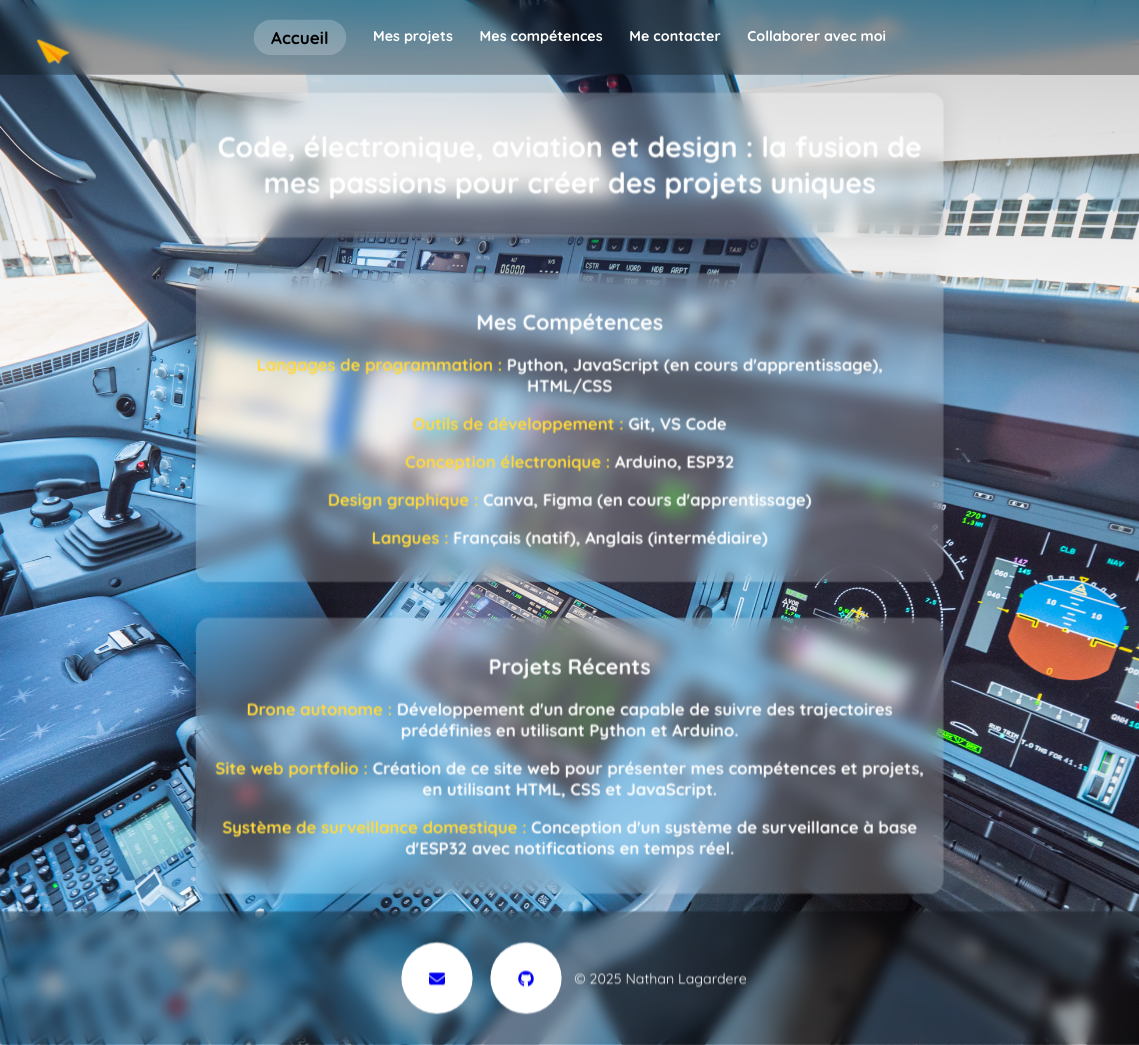
Repository: nlagardere/myportfolio
Page: index - Copie.html
An editor plug-in stored every save of this project. The page is shown before and after the next save, followed by the edit.
The browser window is 1280 px wide. The pictures show the whole page, at 89% of full size.

Above is the page before, as saved 2025-09-06 10:50:41.

### index - Copie.html
<!DOCTYPE html>
<html lang="fr">
<head>
  <meta charset="UTF-8">
  <meta name="viewport" content="width=device-width, initial-scale=1.0">
  <title>Portfolio</title>

  <link href="https://fonts.googleapis.com/css2?family=Exo+2:wght@400;700&family=Quicksand:wght@400;700&display=swap" rel="stylesheet">
  <link rel="stylesheet" href="https://cdnjs.cloudflare.com/ajax/libs/font-awesome/6.5.0/css/all.min.css">

  <style>
    html{
      scroll-behavior: smooth;
      cursor: none;
    }

    body {
      font-family: 'Quicksand', sans-serif;
      margin: 0;
      padding: 0;
      min-height: 100vh;
      display: flex;
      flex-direction: column;
      background: url('a350.jpg') no-repeat center center;
      background-size: cover;
      color: #fff;

    }

    header {
      text-align: center;
      padding: 30px 20px;
      background: rgba(0,0,0,0.3);
      backdrop-filter: blur(8px);
    }

    .glasscard, .competences {
      background: rgba(255, 255, 255, 0.2);
      border-radius: 15px;
      padding: 20px;
      margin: 20px auto;
      max-width: 800px;
      backdrop-filter: blur(10px);
      box-shadow: 0 4px 30px rgba(0,0,0,0.1);
      text-align: center;
      animation: zoomPop 1s ease forwards;
      color: white;
    }

    .highlight {
      color: #FFD93D;
      font-weight: bold;
    }

    @keyframes zoomPop {
      0% { opacity: 0; transform: scale(0.1) translateZ(-800px); }
      60% { opacity: 1; transform: scale(1.2) translateZ(50px); }
      80% { transform: scale(0.95) translateZ(0); }
      100% { opacity: 1; transform: scale(1) translateZ(0); }
    }

    .wrapper {
      display: inline-flex;
      justify-content: center;
      list-style: none;
      padding: 20px 0;
      margin: 0 auto;
    }

    .wrapper .icon {
      position: relative;
      background: #ffffff;
      border-radius: 50%;
      padding: 15px;
      margin: 0 10px;
      width: 50px;
      height: 50px;
      font-size: 18px;
      display: flex;
      justify-content: center;
      align-items: center;
      cursor: pointer;
      transition: all 0.2s cubic-bezier(0.68, -0.55, 0.265, 1.55);
    }

    .wrapper .tooltip {
      position: absolute;
      bottom: 100%;
      left: 50%;
      transform: translateX(-50%) translateY(-10px);
      font-size: 14px;
      background: #333;
      color: #fff;
      padding: 5px 8px;
      border-radius: 5px;
      opacity: 0;
      pointer-events: none;
      white-space: nowrap;
      transition: all 0.3s cubic-bezier(0.68, -0.55, 0.265, 1.55);
      z-index: 10;
    }

    .wrapper .tooltip::before {
      content: "";
      position: absolute;
      top: 100%;
      left: 50%;
      transform: translateX(-50%) rotate(45deg);
      width: 8px;
      height: 8px;
      background: #333;
    }

    .wrapper .icon:hover .tooltip {
      opacity: 1;
      pointer-events: auto;
      transform: translateX(-50%) translateY(-15px);
    }

    .wrapper .mail:hover,
    .wrapper .mail:hover .tooltip,
    .wrapper .mail:hover .tooltip::before {
      background: #00CED1;
      color: #fff;
    }

    .wrapper .github:hover,
    .wrapper .github:hover .tooltip,
    .wrapper .github:hover .tooltip::before {
      background: #333333;
      color: #fff;
    }

    .footer{
      text-align: center;
      padding: 15px 20px;
      background: rgba(0,0,0,0.3);
      backdrop-filter: blur(8px);
      color: white;
      margin-top: auto;
    }

    .navbar ul {
      list-style: none;
      padding: 0;
      margin: 0;
      display: flex;
      justify-content: center;
      gap: 30px;
      flex-wrap: wrap;
    }
    .navbar ul li {
      display: inline;
    }
    .navbar ul li a {
      text-decoration: none;
      color: white;
      font-weight: bold;
      transition: color 0.3s;
    }
    .navbar ul li a:hover {
      color: #FFD93D;
    }

    .navbar .accueil a {
      font-size: 1.2em;
      font-weight: bold;
      color: #000000;
    }
    .navbar .accueil a:hover {
      color: #e6e62a;
    }

    .accueil-wrapper {
      background: rgba(255, 255, 255, 0.2);
      backdrop-filter: blur(10px);
      padding: 8px 20px;
      border-radius: 25px;
      color: #fff;
      font-weight: bold;
      transition: all 0.3s ease;
    }

    .accueil-wrapper:hover {
      background: rgba(255, 255, 255, 0.4);
      transform: scale(1.05);
      color: #FFD93D;
    }

    #mouse {
  position: fixed;
  top: 0;
  left: 0;
  width: 64px;
  height: 64px;
  background: url('cursor.png') no-repeat center center;
  background-size: contain;
  pointer-events: none; /* pour que le curseur ne bloque pas les clics */
  transform: translate(-50%, -50%);
  z-index: 9999;
  transform: translate(40%, 40%);
}




    @media (max-width: 600px) {
      .letter-block .letter {
        font-size: 2.5em;
      }
    }

  </style>
</head>
<body>
  <div id="mouse"></div>
  <header>
    <nav class="navbar">
      <ul>
        <li class="accueil">
          <a href="index - Copie.html" class="accueil-wrapper">Accueil</a>
        </li>
        <li><a href="projects.html">Mes projets</a></li>
        <li><a href="competences.html">Mes compétences</a></li>
        <li><a href="contact.html">Me contacter</a></li>
        <li><a href="collaborate.html">Collaborer avec moi</a></li>
      </ul>
    </nav>
  </header>

  <div class="glasscard">
    <h1>Code, électronique, aviation et design : la fusion de mes passions pour créer des projets uniques</h1>
  </div>

  <div class="competences">
    <h2>Mes Compétences</h2>
    <h3><span class="highlight">Langages de programmation :</span> Python, JavaScript (en cours d'apprentissage), HTML/CSS</h3>
    <h3><span class="highlight">Outils de développement :</span> Git, VS Code</h3>
    <h3><span class="highlight">Conception électronique :</span> Arduino, ESP32</h3>
    <h3><span class="highlight">Design graphique :</span> Canva, Figma (en cours d'apprentissage)</h3>
    <h3><span class="highlight">Langues :</span> Français (natif), Anglais (intermédiaire)</h3>
  </div>

  <div class="projects">
    <div class="glasscard">
      <h2>Projets Récents</h2>
      <h3><span class="highlight">Drone autonome :</span> Développement d'un drone capable de suivre des trajectoires prédéfinies en utilisant Python et Arduino.</h3>
      <h3><span class="highlight">Site web portfolio :</span> Création de ce site web pour présenter mes compétences et projets, en utilisant HTML, CSS et JavaScript.</h3>
      <h3><span class="highlight">Système de surveillance domestique :</span> Conception d'un système de surveillance à base d'ESP32 avec notifications en temps réel.</h3>
    </div>
  </div>

  <div class="footer">
    <ul class="wrapper">
      <li class="icon mail">
        <a href="mailto:nathan.lagardere@gmail.com" target="_blank">
          <span class="tooltip">Mail</span>
          <i class="fas fa-envelope"></i>
        </a>
      </li>
      <li class="icon github">
        <a href="https://github.com/nlagardere" target="_blank">
          <span class="tooltip">Github</span>
          <i class="fab fa-github"></i>
        </a>
      </li>
    </ul>
    © 2025 Nathan Lagardere
  </div>

  <script>
    const mouse = document.querySelector('#mouse')
    window.addEventListener('mousemove', (e) => {
      mouse.style.top = e.pageY + 'px'
      mouse.style.left = e.pageX + 'px'
    })
  </script>
</body>
</html>

After the next save:
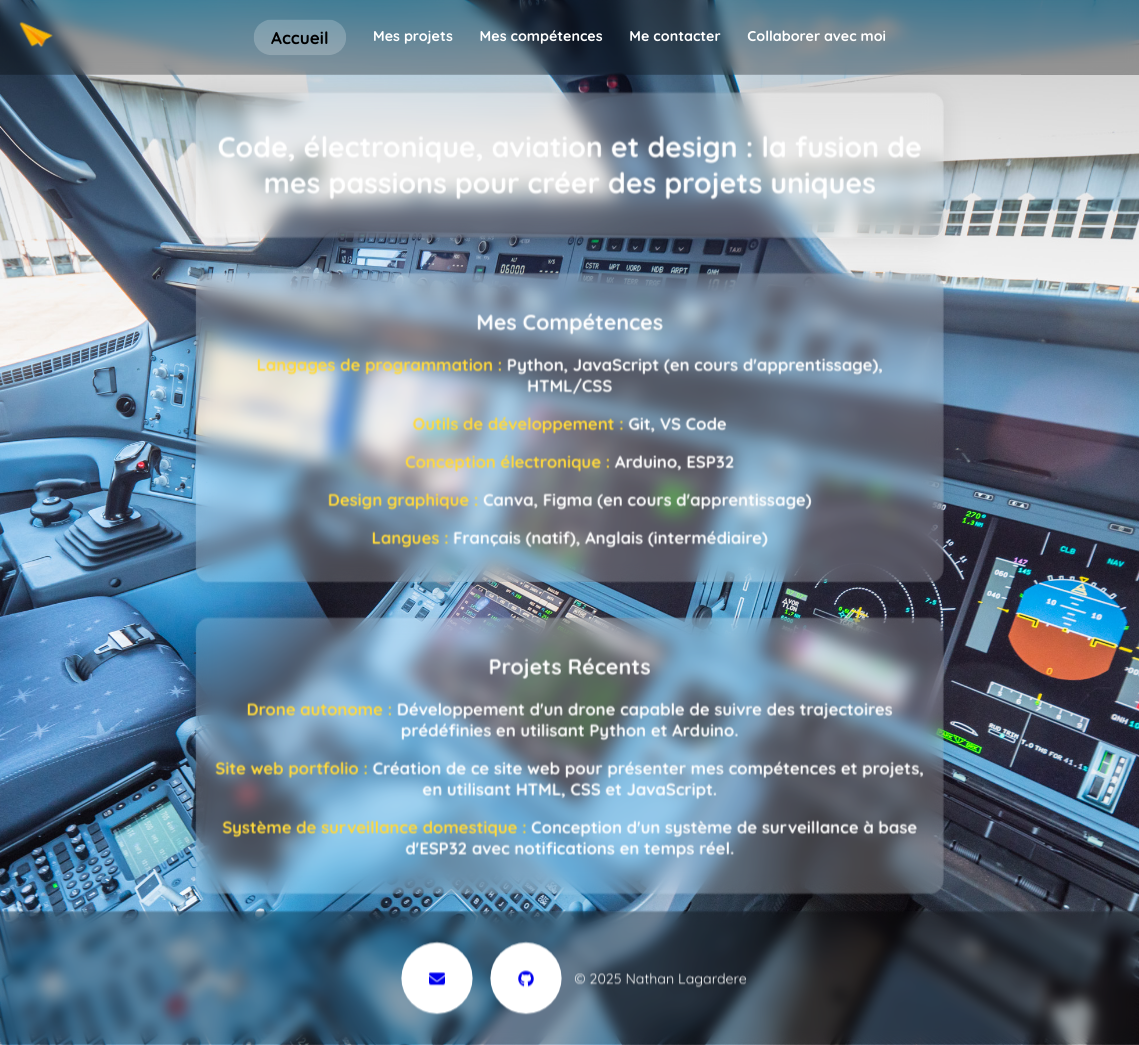
Saved 6 s later.
--- a/index - Copie.html
+++ b/index - Copie.html
@@ -198,7 +198,7 @@
   pointer-events: none; /* pour que le curseur ne bloque pas les clics */
   transform: translate(-50%, -50%);
   z-index: 9999;
-  transform: translate(40%, 40%);
+  transform: translate(10%, 10%);
 }
 
 
